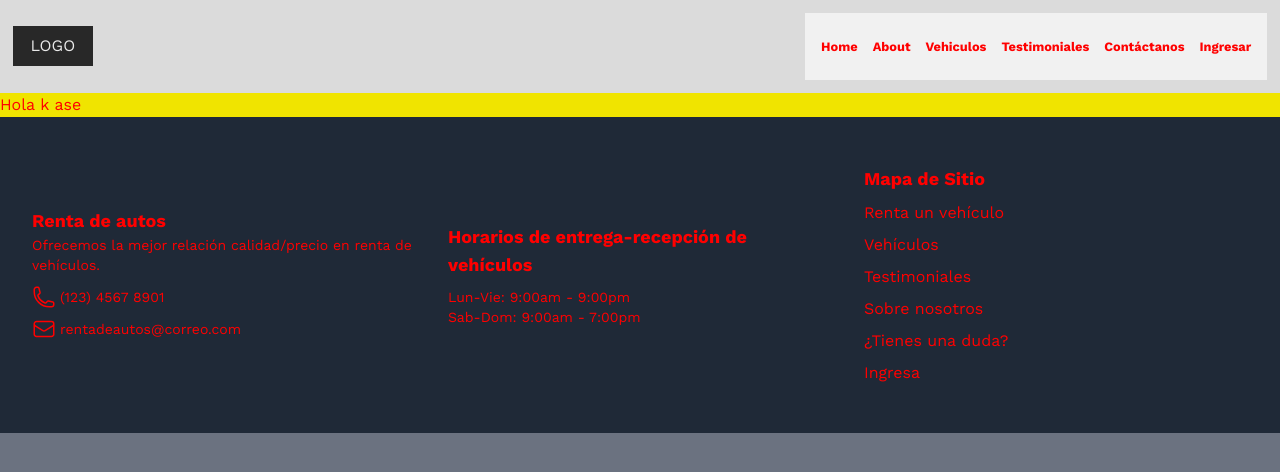
Repository: aldovelacasas/PF_RentCar2
Page: /
An editor plug-in stored every save of this project. The page is shown before and after the next save, followed by the edit.
The browser window is 1280 px wide. The pictures show the whole page.
The project was rebuilt for these pictures with package versions that can differ from the ones it lists, and the page was loaded fresh each time. The framework's server and built-in components were replaced by stand-ins that run in the browser. Also part of the build but not shown: next.config.js.

Above is the page before, as saved 2023-08-30 09:58:35.

After the next save:
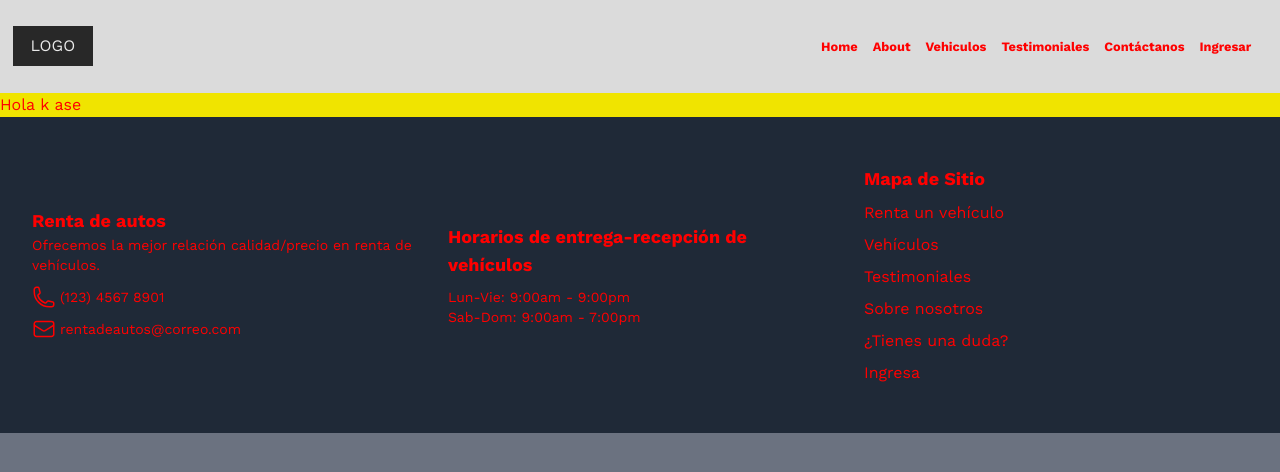
Saved 28 s later.
--- a/src/components/NavBar/nav.css
+++ b/src/components/NavBar/nav.css
@@ -61,7 +61,7 @@ nav {
   transition: all 0.2s;
   min-height: calc(100vh - 60px);
   font-size: 1rem;
-  background-color: #f1f1f1;
+  background-color: #dbdbdb;
 }
 .nav__menu-list.active {
   right: 0;
